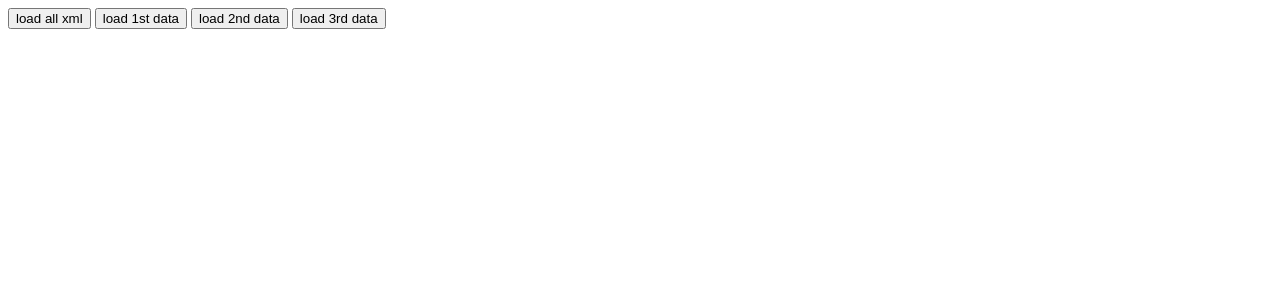
Repository: bluegony/spring_study
Page: jquerytest/src/main/webapp/loadxml.html
The author's editor kept a copy of each file at every save. The page is drawn from the files as they stood at one save, then again after the next save.
The browser window is 1280 px wide. The pictures show the whole page.
Some web libraries are served in a nearby version.

Above is the page before, as saved 2013-09-05 03:21:52.

After the next save:
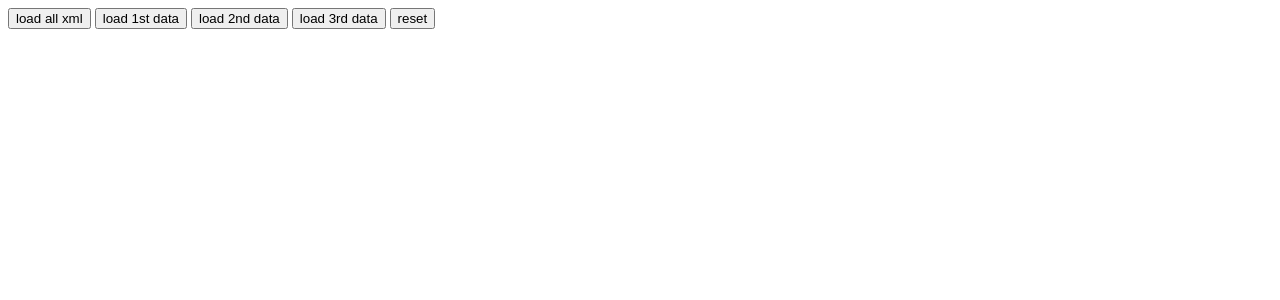
Saved 97 s later.
--- a/jquerytest/src/main/webapp/loadxml.html
+++ b/jquerytest/src/main/webapp/loadxml.html
@@ -14,12 +14,13 @@
 		<input type="button" id="loadAll" value="load all xml" /> <input
 			type="button" id="loadxml1" value="load 1st data" /> <input
 			type="button" id="loadxml2" value="load 2nd data" /> <input
-			type="button" id="loadxml3" value="load 3rd data" />
+			type="button" id="loadxml3" value="load 3rd data" /> <input
+			type="button" id="reset" value="reset" />
 
 	</form>
 	<div id="disp"></div>
 
-<table border="1" style="display:none"">
+<table border="1" style="display:none">
   <tr>
     <th>id</th>
     <th>realname</th>
@@ -54,6 +55,13 @@ img {
 			$('table').show();
 
 		})
+
+
+		$('#reset').click(function() {
+
+			$('table').hide();
+
+		})
 	});
 	function parseXml(xml){
 		$("person", xml).each(function(){
